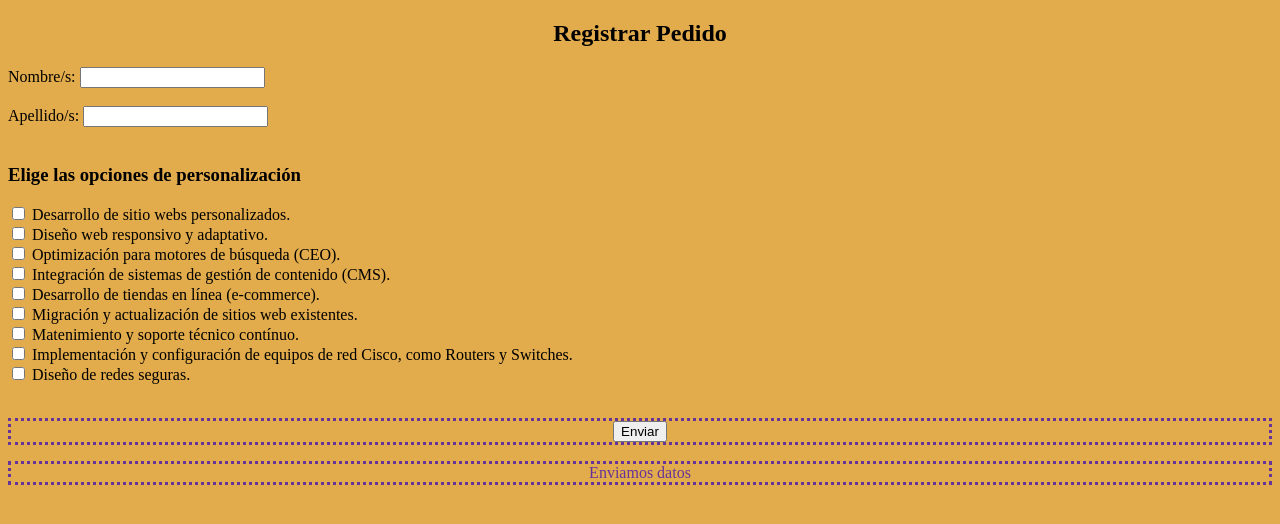
Repository: UVMCoyoacan/VEFY
Page: enviadatos.html
These files come from the project's save history. The page is drawn as it stood at one moment and after the next save; the edit follows.
The browser window is 1280 px wide. The pictures show the whole page.

Above is the page before, as saved 2024-03-01 18:58:07.

After the next save:
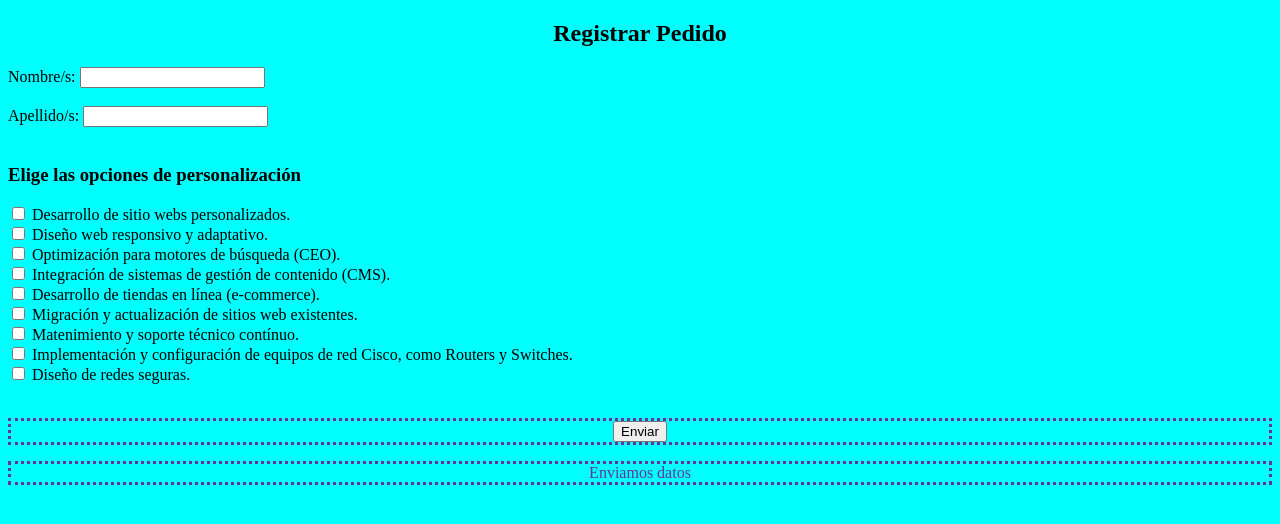
Saved 76 s later.
--- a/estilo.css
+++ b/estilo.css
@@ -33,12 +33,12 @@ a{
 }
 
 body{
-    background-color: rgb(226, 171, 75);
+    background-color: aqua;
 }
 
 footer{
     color:beige;
-    background-color: A6D0E3;
+    background-color: blueviolet;
 }
 button {
     border: none;
